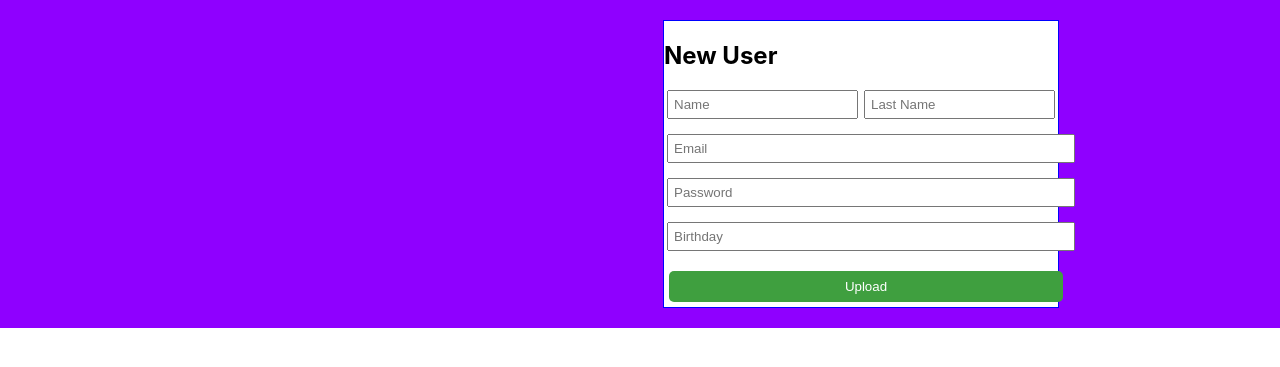
Repository: RobertAries28/CrudUsuarios
Page: /
These files come from the project's save history. The page is drawn as it stood at one moment and after the next save; the edit follows.
The browser window is 1280 px wide. The pictures show the whole page.
The page's requests for data from a server got no answer. The project was rebuilt for these pictures with package versions that can differ from the ones it lists, and the page was loaded fresh each time. No one was signed in, and anything a server would have sent is missing.

Above is the page before, as saved 2022-05-23 19:30:20.

After the next save:
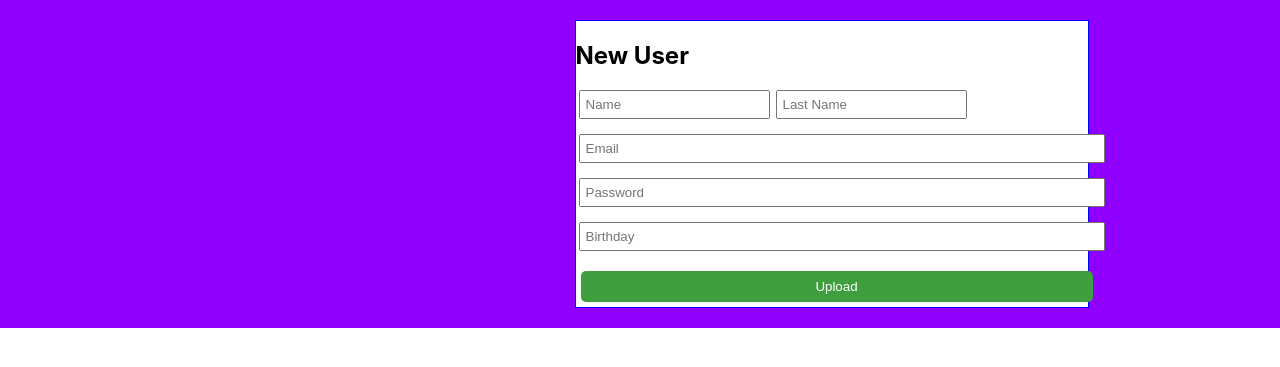
Saved 47 s later.
--- a/src/App.css
+++ b/src/App.css
@@ -42,6 +42,7 @@ ul{
 }
 
 .formUser{
+  width: 40%;
   border: 1px solid blue;
   background: white;
 }
